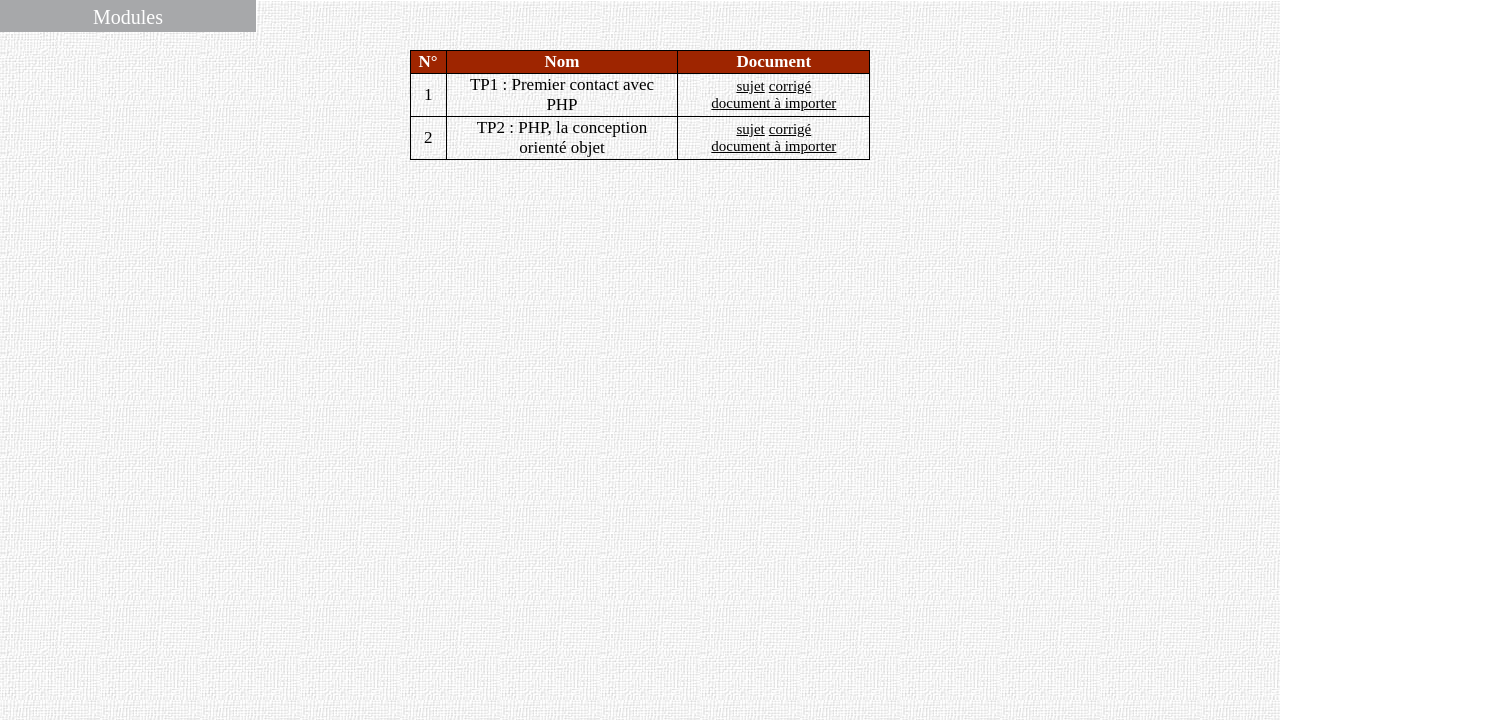
Repository: ValentinArg/PETUT
Page: http://localhost/PETUT/WEB-INF/jsp/eleve/forum.jsp
An editor plug-in stored every save of this project. The page is shown before and after the next save, followed by the edit.
The browser window is 1280 px wide. The page is 1280 px wide, then 1485 px, so the pictures cover 1485 px, including what lies to the right of the window. The pictures show the whole page.
Some web libraries are served in a nearby version. The page is served by Tomcat 9. Nobody is signed in. Other server files are loaded and not shown. The template is opened directly, without the code that normally fills it, so the values that code supplies are empty.

Above is the page before, as saved 2016-11-03 21:49:02.
Console error: TypeError: Cannot read properties of null (reading 'style')

### PETUT/WebContent/WEB-INF/jsp/eleve/forum.jsp
<%@ page language="java" contentType="text/html; charset=ISO-8859-1"
    pageEncoding="ISO-8859-1"%>
<%@taglib prefix="c" uri="http://java.sun.com/jsp/jstl/core"%>
<!DOCTYPE html PUBLIC "-//W3C//DTD HTML 4.01 Transitional//EN" "http://www.w3.org/TR/html4/loose.dtd">
<html>
	<head>
		<meta http-equiv="Content-Type" content="text/html; charset=ISO-8859-1">
		<link rel ="stylesheet" href = "/PE2I/css/forum.css"/>
		<script type="text/javascript" src="http://code.jquery.com/jquery-1.6.1.min.js"></script>
		<title>PE2I</title>
	</head>
	<body>
		<div style="position: fixed;width:100%;z-index:10;">
			<div class=enTete>
				<p class="boutonHautBas" id="boutonHautBas">Modules</p>
				<ul class="nav" id="nav">
					<c:forEach var="forum" items="${listeForum}">
						<li class=" partie"><a class="forum" id="forum${forum.id}"><c:out value="${forum.nom}"/></a></li>
					</c:forEach>
				</ul>
			</div>
			<div class="navigation" id="navigation">
				<ul id="context">
					<li class="semestres" id="semestre">
						<form>
							<c:forEach var="semestre" items="${listeSemestre}">
								<input class= "semestre" id = "${semestre.id}" type="radio" name="semestre"><c:out value="S${semestre.numero}"/></>
							</c:forEach>
						</form>
					</li>
				</ul>
			</div>
		</div>
		<div class="conteneurGeneral" id="conteneurGeneral">
			<div class="listeSujets">
				<table id="tableauSujets" class="tableau">
					<tr class="enteteTableau">
				       <th>N°</th>
				       <th>Nom</th>
				       <th>Document</th>
	   				</tr>
					<tr class="champTableau">
				       <td style="text-align: center;">1</td>
				       <td>TP1 : Premier contact avec PHP</td>
				       <td><p>sujet</p><p>corrigé</p><p>document à importer</p></td>
				   </tr>
				   <tr class="champTableau">
				       <td style="text-align: center;">2</td>
				       <td>TP2 : PHP, la conception orienté objet</td>
				      <td><p>sujet</p><p>corrigé</p><p>document à importer</p></td>
				   </tr>
				</table>
			</div>
		</div>
		<script type="text/javascript">
			var idModuleClick;
			$( '.semestre' ).click(function(){
				$('.forum').hide(200);
				$("#navigation").find('li').each(
					function(){
						if(this.id != "semestre"){
							$("#"+this.id).remove();
						}
					}
				)
				idSemestre = this.getAttribute('id');
				if(idSemestre != null){
					$.ajax({
						url : '/PE2I/eleves/forum',
						type : 'POST',
						data : 'idSemestre=' + idSemestre,
						success: function(valeur){
							//listeSemestreCLick.addNumeroSemestre(idSemestre,valeur);
							var listeUes = JSON.parse(valeur);
							for(i = 0; i < listeUes.length; i++){
								var li = $("<li class='parent' id='parent"+i+"'/>");
								var p = $("<p class='ue' id='ue"+i+"'> UE "+listeUes[i].numero + " : " +listeUes[i].libelle+"</p>");
								var div = $("<div class='rubrique' id='rubrique"+i+"'/>");
								var ul = $("<ul id=moduleUe"+i+"></ul>")
								$(li).appendTo($("#context"));
								$(p).appendTo(li);
								$(div).appendTo(li);
								$(ul).appendTo(div);
							}
							for(j = 0; j < listeUes.length; j++){
								for(k=0;k<listeUes[j].l.length;k++){
									var li2 = $("<li class='module' id='module"+listeUes[j].l[k].id+"'><p>"+listeUes[j].l[k].numero+"</p></li>")
									$(li2).appendTo($("#moduleUe"+j));
								}
							}
							$(".module").hide();
							$( '.parent' ).click(function(){
								$(".module").slideUp();
								$("#"+this.id).find('li').each(
									function(){
										if(($(this)).is(":visible")){
											cacher($(this).attr('id'));
										}else{
											afficher($(this).attr('id'));
										}

									}
								)
							});
							function afficher(id){
								$("#"+id).slideDown();
							}
							function cacher(id){
								$("#"+id).slideUp();
							}
							$(".module").click(function(){
								$('.forum').show(200);
								idModuleClick = (this.id).replace('module', '');
								return false;
							});
						},
						dataType : 'text'
					})
				}
			});
			//function ajax pour afficher les sujets d'une matière donnée et d'un forum donnée
			$( '.forum' ).click(function(){
				slideBarreModule();
				if(idModuleClick != null){
					$.ajax({
						url : '/PE2I/eleves/forum',
						type : 'POST',
						data : 'idModule=' + idModuleClick + '&idForum='+((this.id).replace('forum','')),
						success : function(valeur){
							$('.sujet').remove();
							var listeSujets = JSON.parse(valeur);
							//identifiant = identifiant du sujet se trouvant dans la listeSujets.id
							var tr = $('<tr class="sujet" id=""/>');
							$(tr).appendTo($("#listeSujet"));
							var tdQuestion = $('<td/>');
							var tdAuteur = $('<td/>');
							var tdDate = $('<td/>');
							tdQuestion.text("quel est le resultat de la requete");
							tdAuteur.text("Bremec Florian");
							tdDate.text("14/05/2016");
							$(tdQuestion).appendTo(tr);
							$(tdAuteur).appendTo(tr);
							$(tdDate).appendTo(tr);
					    },
						dataType : 'text'
					});
				}
			});
			var haut = false;
			function slideBarreModule(){
				if(!haut){
					$('#context').slideUp()
					if($('#context').is(':animated')){
						checkAnimate();
					}
					haut = true;
				}else{
					document.getElementById('conteneurGeneral').style.marginLeft="20%";
					document.getElementById('conteneurGeneral').style.width="80%";
					$('#context').slideDown();
					if($('#context').is(':animated')){
						checkAnimate();
					}
					haut = false;
				}
			}
			function checkAnimate() {
	            if( $( '#context' ).is( ':animated' )) {
	                setTimeout(function() {
	                    checkAnimate();
	                }, 0 );
	            }else{
	            	if(haut){
	            		document.getElementById('conteneurGeneral').style.marginLeft="0%";
	            		document.getElementById('conteneurGeneral').style.width="100%";
	            	}
	            }
	        }
			$( '#boutonHautBas' ).click(function(){
				slideBarreModule()});

			$('.forum').hide();
			var longueurDivTableau = ($(".tableau").width()*100);
			var pourcentage = (longueurDivTableau/($(document).width()));
			//var resultat = "''"+(100-pourcentage)+"%'";
			//alert(resultat);
			document.getElementById("#tableauSujets").style.marginLeft = "100%";
		</script>
	</body>
</html>

### PETUT/WebContent/css/forum.css
@CHARSET "ISO-8859-1";


.enTete{
	position:relative;
	width:100%;
	top:0;
	z-index:15;
}

.nav{
	top:0;
	left:top;
	display:block;
	vertical-align:top;
	list-style : none;
	margin:0;
	padding-left:20%;
	background: #444;
	border-bottom:solid 1px white;
	text-align:left;
}

.partie {


	display: inline-block;
	padding:6px;
	font-size:20px;
	height:20px;
	vertical-align:top;



}

.partie:hover{

	/*background: LightCoral;*/
	background:#A7A8AA;
}

.partie a{

	color:white;
	text-decoration:none;
	display:block;
	position:relative;
	top: 50%; /* poussé de la moitié de hauteur du référent */
	transform: translateY(-50%);
	padding:10px;

}

a{
	cursor:pointer;
	text-decoration: none;

}

body{

	margin:0;
	padding:0;

}

.boutonHautBas{
	position: absolute;
	margin:0;
	height:20px;
	font-size:20px;
	display:inline-block;
	width:20%;
	text-align:center;
	vertical-align:top;
	padding-top:6px;
	padding-bottom:6px;
	color:white;
	border-right:solid 1px white;
	z-index:10;
}

.boutonHautBas:hover{
	background:#A7A8AA;
	cursor:pointer;
}

.parent{

	list-style:none;
	font-size:20px;
	cursor:pointer;
	width:100%;
	display:inline-block;

}
.navigation ul{
	width:100%;
	display:inline-block;

}
ul{
	margin:0;
	padding:0;
}
.ue {

	border-top:solid 1px white;
	display:block;
	padding:10px;
	text-align:center;
	background-color:rgb(158,37,0);
	margin:0;
}
.ue:hover{
	color:white;
}
.module{
	border-top:solid 1px white;
}
.module p{
	border:none;
	display: block;
	padding:10px;
	text-align:center;
	background-color:#444;
	margin:0;
}
.module p:hover{
	color:white;
	cursor:pointer;
}
.semestres{
	background-color:rgb(158,37,0);
	font-size:20px;
}
a{
	cursor:pointer;
}
body {
	background-image : url(../images/fond.jpg);
	margin:0;
	padding:0;
}
.navigation{
	display:inline-block;
	list-style : none;
	margin:0;
	padding:0;
	position: relative;
	z-index:5;
	width:20%;
	border-bottom:solid 1px white;
	text-align:center;
	height:95.5%;
	max-height:95.3%;
	overflow: auto;
}
.conteneurGeneral{
	text-align:justify;
	display:inline-block;
	height:100%;
	position:relative;
	width: 60%;
	margin:0;
	margin-left:20%;
	margin-right:20%;
	padding:0;
	margin-top:50px;
	vertical-align:top;
}
.selection{
	display:block;
	vertical-align:top;
	list-style : none;
	margin:0;
	background: #444;
	z-index:5;
	height:4.7%;
	border-bottom:solid 1px white;
	text-align: center;

}
.type {
	display: inline-block;
	padding:8px;
	font-size:25px;
	height:20px;
	vertical-align:top;
	width:20%;

}
.type p {
	margin:0;
	padding:0;
	color:white;
	cursor:pointer;
}
.type:hover{
	background:#A7A8AA;

}
.tableau{
	width:60%;
	border-collapse: collapse;
	margin-left: auto;
  	margin-right: auto;
  	font-size:17px;


}
.enteteTableau{
	background-color: rgb(158,37,0);
	color:white;
}
.enteteTableau th{
	border:solid 1px black;
	text-align: center;
	padding-left:8px;
	padding-right:8px;
}


.champTableau td{

	border:solid 1px black;
	padding-left:8px;
	padding-right:8px;
	text-align:center;
}

.champTableau:hover{
	background-color:#444;
	cursor:pointer;
	color:white;
}

.champTableau p:hover{
	background-color:#A7A8AA;
}

.champTableau p{

	margin:0;
	display:inline-block;
	font-size:15px;
	padding-right:2px;
	padding-left:2px;
	text-decoration:underline;
	cursor:pointer;

}

.documents{
	text-align:center;
}

.documents table{
	margin-left: 20%;
    text-align: left;
	width:300px;
	text-align:center;
	font-size:15px;
	cursor:pointer;
}
.documents img{
	width:70px;
}

.dateCommentaire{
	font-size:13px;
}

.enTeteCommentaire p{
	margin:0;
	padding:0;
}

.nomAuteurCommenatire{

	font-size:15px;
}

.commentaire{
	width:80%;
	margin-left:auto;
	margin-right:auto;
	margin-bottom:20px;
}

.enTeteCommentaire{
	padding:5px;
	border:solid 1px black;
	border-bottom:none;
	background:rgb(158,37,0);
	color:white;
}

.corpCommentaire{

	border:solid 1px black;
	padding-left:5px;
	padding-right:5px;
}

.creerPost{
	width:15%;
	margin-left:80%;
	margin-right:5%;
	top:50px;
	position: fixed;
	text-align:center;
}
.creerPost p{
	border:solid 1px black;
	cursor:pointer;
	margin-top:0;
	padding:5px;
}

.repondrePost{
	width:80%;
	margin-left:auto;
	margin-right:auto;
	position:relative;

}

.repondrePost h1{
	font-size:25px;
}

.editeur{
	margin-bottom:5px;
}

.monCompte{
	position :absolute;
	margin:0;
	right:80px;
	font-size:20px;
	padding-top:4px;
	padding-bottom:8px;
	color:white;
}

.home img{
	width:45px;
	position :absolute;
	margin:0;
	right:20px;
	color:white;
}

.fileArrianne {
	margin-left:20%;
	color:#444;
}

.fileArrianne2{
	color:#444;
}

.fileArrianne:hover {
	color:rgb(158,37,0);
}

.fileArrianne2:hover{
	color:rgb(158,37,0);
}

.textAreaReponse{
	width: 80%;
	height:100px;
    margin-left: 10%;
    margin-right: 10%;
    margin-bottom: 20px;
    resize: none;
}

.textAreaQuestion{
	resize:none;
	margin-left:20%;
	margin-right:20%;
	width:60%;
	height:15px;
}
.textAreaTexteQuestion{
	resize:none;
	margin-left:20%;
	margin-right:20%;
	width:60%;
	height:45px;
}

#boutonQuestion{

	float:right;
	margin-right: 20%;
	width: 150px;
	height:30px;
	background:rgb(158,37,0);
	color:white;
	border:none;
}

.poserUneQuestion{
	position:relative;
	width:100%;
	margin-bottom:5%;
}

#boutonRepondre{
	float:right;
	margin-right: 9%;
	width: 100px;
	height:30px;
	background:rgb(158,37,0);
	color:white;
	border:none;
}

.ajoutSujet{

	margin-top:50px;
	border:solid 1px black;
	margin-right:auto;
	margin-left:auto;
	width:337px;
}

.nom{
	margin-left:16%;
	width:68%;
}
.numero{
	margin-left:16%;
	width:68%;
}
#boutonSujet{

	width:100%;
	height:30px;
	background:rgb(158,37,0);
	color:white;
	border:none;
}

.titreSujet{
	display:inline-block;
	text-align:center;
	width:68%;
	margin:0;
	padding:0;
	margin-left:16%;

}

.button {

  background-color: rgb(158,37,0);;
  border: none;
  text-align: center;
  width: 170px;
  cursor: pointer;
  color: #FFFFFF;
  margin-top:10px;
 }

.button span {
  cursor: pointer;
  display: inline-block;
  position: relative;
  transition: 0.5s;
}

.button span:after {
  content: '\00bb';
  position: absolute;
  opacity: 0;
  top: 0;
  right: -20px;
  transition: 0.5s;
}

.button:hover span {
  padding-right: 25px;
}
.button:hover{
	background-color: rgb(158,37,0);
}

.button:hover span:after {
  opacity: 1;
  right: 0;
}

After the next save:
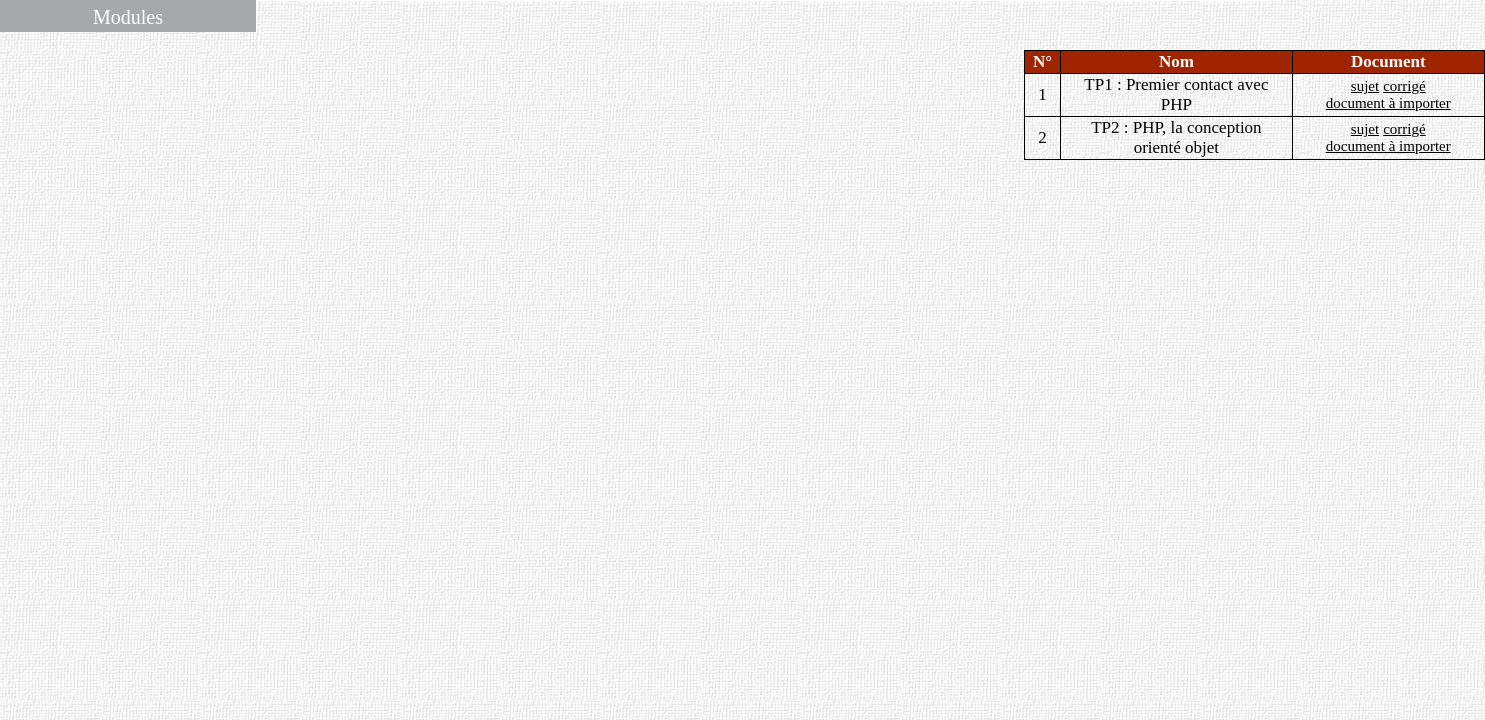
The error is gone.
Saved 21 s later.
--- a/PETUT/WebContent/WEB-INF/jsp/eleve/forum.jsp
+++ b/PETUT/WebContent/WEB-INF/jsp/eleve/forum.jsp
@@ -184,7 +184,7 @@
 			var pourcentage = (longueurDivTableau/($(document).width()));
 			//var resultat = "''"+(100-pourcentage)+"%'";
 			//alert(resultat);
-			document.getElementById("#tableauSujets").style.marginLeft = "100%";
+			document.getElementById('tableauSujets').style.marginLeft = "100%";
 		</script>
 	</body>
 </html>
